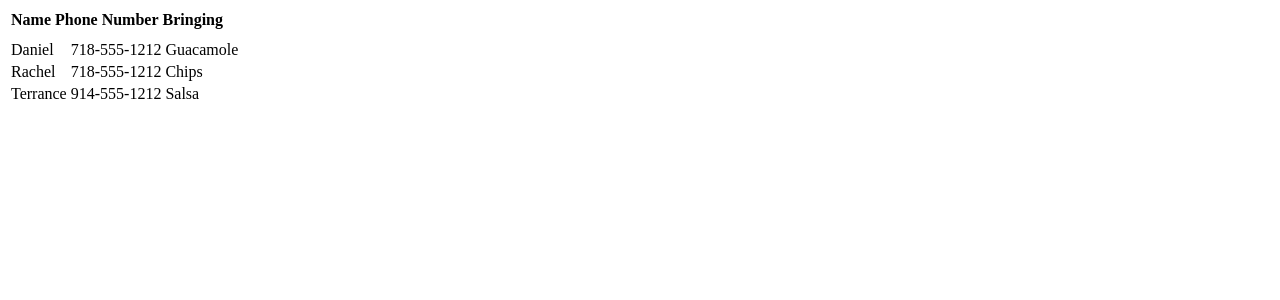
Repository: NthigaDenis/example-repository
Page: phase-0-html-tables-lab/index.html
The author's editor kept a copy of each file at every save. The page is drawn from the files as they stood at one save, then again after the next save.
The browser window is 1280 px wide. The pictures show the whole page.

Above is the page before, as saved 2022-08-01 09:38:12.

After the next save:
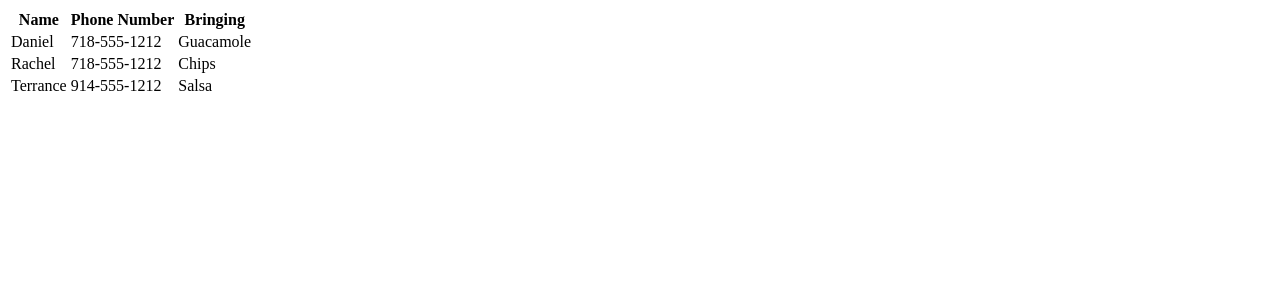
Saved 11 min 1 s later.
--- a/phase-0-html-tables-lab/index.html
+++ b/phase-0-html-tables-lab/index.html
@@ -10,23 +10,11 @@
 
 <body>
   <table>
-    <tr></tr>
-    <tr></tr>
-    <tr></tr>
-    <tr></tr>
-  </table>
-  <table>
     <tr>
       <th>Name</th>
       <th>Phone Number</th>
       <th>Bringing</th>
     </tr>
-    <tr></tr>
-    <tr></tr>
-    <tr></tr>
-  </table>
-  <table>
-
     <tr>
       <td>Daniel</td>
       <td>718-555-1212</td>
@@ -43,6 +31,7 @@
       <td>Salsa</td>
     </tr>
   </table>
+
 </body>
 
 </html>
